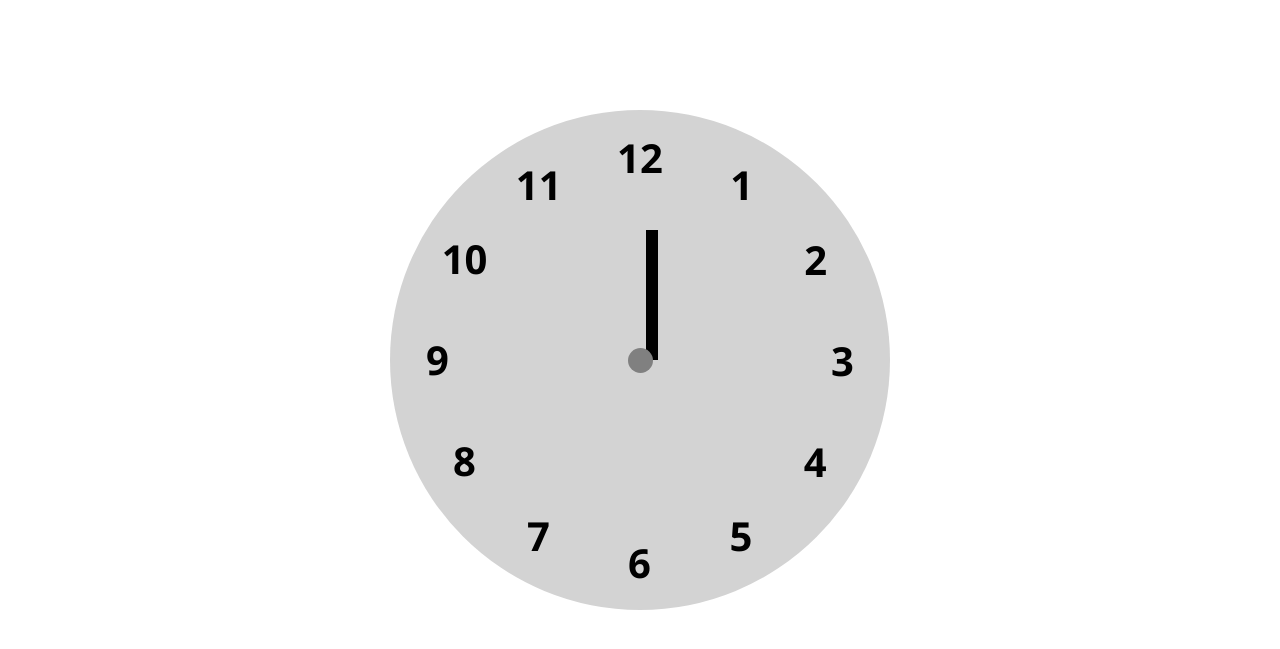
Repository: Suryansh-D/Cool-Clock
Page: index.html
The author's editor kept a copy of each file at every save. The page is drawn from the files as they stood at one save, then again after a run of saves.
The browser window is 1280 px wide. The pictures show the whole page.

Above is the page before, as saved 2024-01-30 15:39:06.

After the next 6 saves:
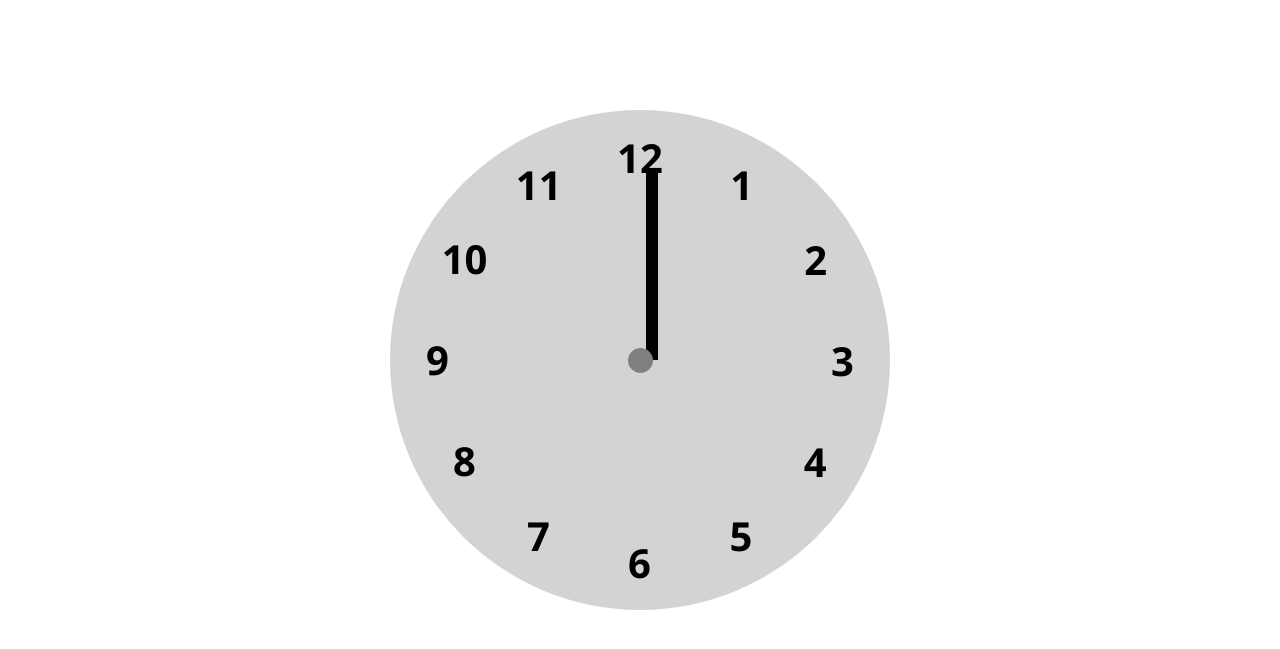
The 6 saves are shown as one change because they came seconds apart.
The last was saved 17 s later.
--- a/style.css
+++ b/style.css
@@ -54,5 +54,7 @@ body{
     background-color: black;
 }
 .minute-hand{
-
+    width:12px;
+    height: 190px;
+    background-color: black;
 }
